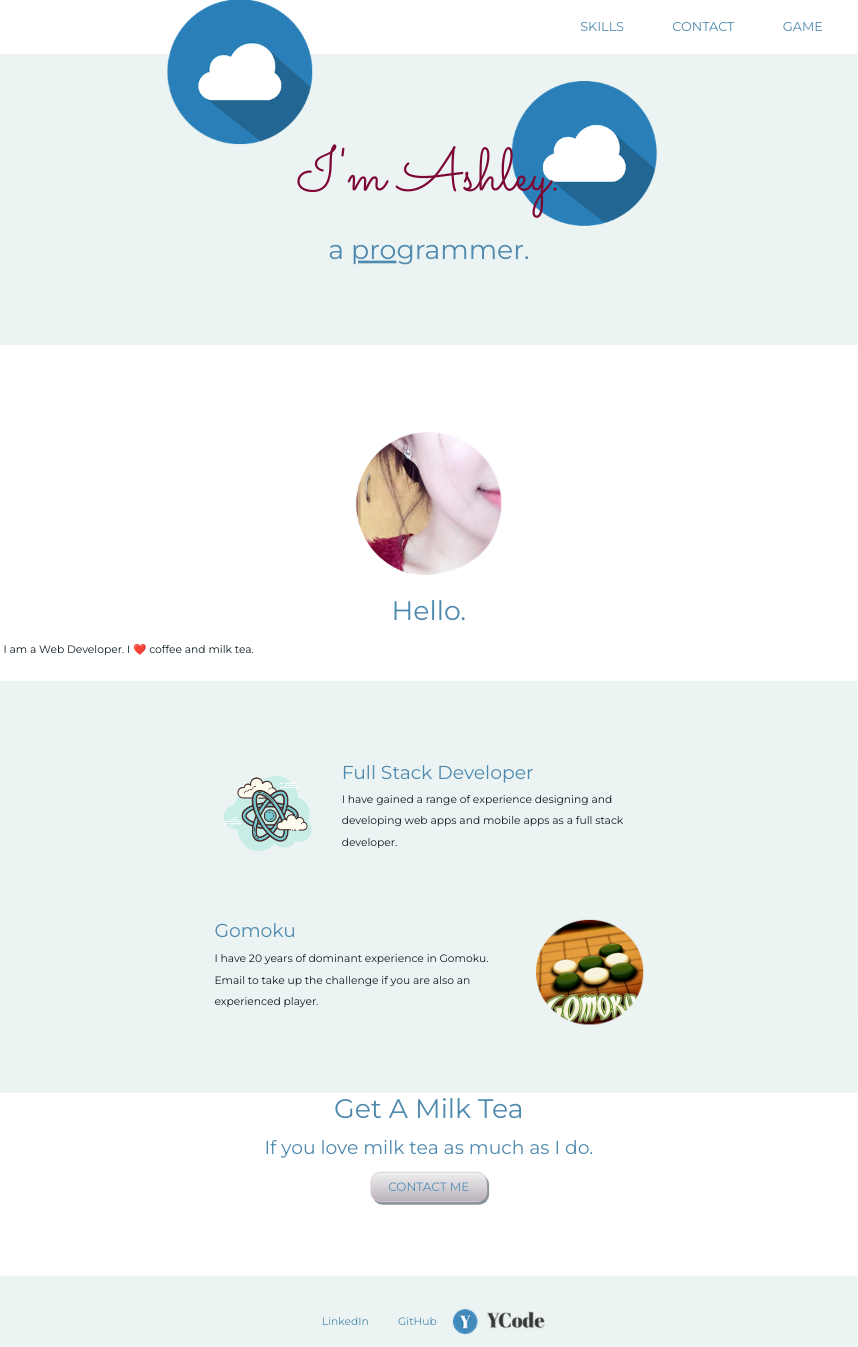
Repository: nosugarpls/YCode-my-website
Page: index.html
The author's editor kept a copy of each file at every save. The page is drawn from the files as they stood at one save, then again after the next save.
The browser window is 1280 px wide. The pictures show the whole page, at 67% of full size.

Above is the page before, as saved 2020-09-25 10:26:23.

### index.html
<!DOCTYPE html>
<html>
<head>
  <meta charset="utf-8">
  <title>Ashley(Yu) Shi</title>


  <!-- CSS Stylesheets -->
  <link rel="stylesheet" href="https://stackpath.bootstrapcdn.com/bootstrap/4.5.2/css/bootstrap.min.css" integrity="sha384-JcKb8q3iqJ61gNV9KGb8thSsNjpSL0n8PARn9HuZOnIxN0hoP+VmmDGMN5t9UJ0Z" crossorigin="anonymous">
  <link rel="stylesheet" href="css/styles.css">
  <link href="https://fonts.googleapis.com/css?family=Merriweather|Montserrat|Sacramento" rel="stylesheet">
  <link rel="icon" href="images/YLogo.png">


  <!-- Bootstrap Scripts -->
  <script src="https://code.jquery.com/jquery-3.5.1.slim.min.js" integrity="sha384-DfXdz2htPH0lsSSs5nCTpuj/zy4C+OGpamoFVy38MVBnE+IbbVYUew+OrCXaRkfj" crossorigin="anonymous"></script>
  <script src="https://cdn.jsdelivr.net/npm/popper.js@1.16.1/dist/umd/popper.min.js" integrity="sha384-9/reFTGAW83EW2RDu2S0VKaIzap3H66lZH81PoYlFhbGU+6BZp6G7niu735Sk7lN" crossorigin="anonymous"></script>
  <script src="https://stackpath.bootstrapcdn.com/bootstrap/4.5.2/js/bootstrap.min.js" integrity="sha384-B4gt1jrGC7Jh4AgTPSdUtOBvfO8shuf57BaghqFfPlYxofvL8/KUEfYiJOMMV+rV" crossorigin="anonymous"></script>
</head>

<body>

  <!-- Nav Bar -->
  <nav class="navbar navbar-expand-lg navbar-light">
    <button class="navbar-toggler" type="button" data-toggle="collapse" data-target="#navbarToggler">
        <span class="navbar-toggler-icon"></span>
    </button>

    <div class="collapse navbar-collapse" id="navbarToggler">
      <ul class="navbar-nav ml-auto">
        <li class="nav-item">
          <a class="nav-link" href="#skills">SKILLS</a>
        </li>
        <li class="nav-item">
          <a class="nav-link" href="#contact">CONTACT</a>
        </li>
        <li class="nav-item">
          <a class="nav-link" href="piano.html">GAME</a>
        </li>
      </ul>
    </div>
  </nav>


  <div class="top-container">
    <img class="top-cloud" src="images/cloud.png" alt="cloud">
    <div class="title-text">
      <h1 class="big-title">I'm Ashley.</h1>
      <h2>a <span class="pro">pro</span>grammer.</h2>
    </div>
    <img class="bottom-cloud" src="images/cloud.png" alt="cloud">
  </div>

  <div class="middle-container">
    <div class="profile">
      <img class="avatar" src="images/ashely.png" alt="ashley-profile-img">
      <h2>Hello.</h2>
      <p class="intro">I am a Web Developer. I ❤️ coffee and milk tea.</p>
    </div>

    <div class="skills" id="skills">
      <div class="skill-row">
        <img class="react-img" src="images/react.png" alt="react-img">
        <h3>Full Stack Developer</h3>
        <p>I have gained a range of experience designing and developing web apps and mobile apps as a full stack developer.</p>
      </div>
      <div class="skill-row">
        <img class="game-img" src="images/game.png" alt="game-img">
        <h3>Gomoku</h3>
        <p>I have 20 years of dominant experience in Gomoku. Email to take up the challenge if you are also an experienced player.</p>
      </div>

    </div>

    <div class="contact-me" id="contact">
      <h2>Get A Milk Tea</h2>
      <h3>If you love milk tea as much as I do.</h3>
      <a class="btn" href="mailto:coloraworld@gmail.com">CONTACT ME</a>
    </div>
  </div>


  <div class="bottom-container">
    <a href="https://www.linkedin.com/in/yu-ashley-shi-328239197/">LinkedIn</a>
    <a href="https://github.com/nosugarpls">GitHub</a>
    <img src="images/logo.png" alt="img">
  </div>
</body>
</html>

### css/styles.css
body {
  color: #40514E;
  margin: 0;
  text-align: center;
  font-family: 'Merriweather', serif;
}

h1 {
  color: #7d0633;
  font-size: 5.625rem;
  margin: 50px auto 0 auto;
  font-family: 'Sacramento', cursive;
  z-index: 1;
  position: relative;
}

h2 {
  color: #4e89ae;
  font-family: 'Montserrat', sans-serif;
  font-size: 2.5rem;
  font-weight: normal;
  padding-bottom: 10px;
}

h3 {
  color: #4e89ae;
  font-family: 'Montserrat', sans-serif;
}

p {
  line-height: 2;
  color: #0f1e27;
  font-family: 'Montserrat', sans-serif;
}

a {
  color: #4e89ae;
  font-family: 'Montserrat', sans-serif;
  margin: 10px 20px;
  text-decoration: none;
}

.big-title {
  margin-top: 30px;
  margin-bottom: 30px;
}

.avatar {
  margin-top: 30px;
  margin-bottom: 30px;
}

.skills {
  background-color: #ecf4f3;
  padding-top: 20px;
  padding-bottom: 20px;
}


.top-container {
  background-color: #ecf4f3;
  position: relative;
  padding-top: 100px;
  padding-bottom: 100px;
}


.middle-container {
  margin-top: 100px;
  margin-bottom: 100px;
}

.bottom-container {
  background-color: #ecf4f3;
  padding: 50px 0 20px;
}

.skill-row {
  width: 50%;
  margin: 100px auto 100px auto;
  text-align: left;
}

.pro {
  text-decoration: underline;
}

.intro {
  width: 30%;
  margin-top: auto;
  margin-bottom: 30px;
  color: #0f1e27;
  font-family: 'Montserrat', sans-serif;
}

.contact-message {
  width: 40%;
  margin: 40px auto 60px;
}

.top-cloud {
  position: absolute;
  right: 300px;
  top: 40px;
}

.bottom-cloud {
  position: absolute;
  left: 250px;
  bottom: 300px;
}

.react-img {
  width: 25%;
  float: left;
  margin-right: 30px;
}

.game-img {
  width: 25%;
  float: right;
  margin-left: 30px;
}

.btn {
	box-shadow: 3px 4px 0px 0px #899599;
	background:linear-gradient(to bottom, #ededed 5%, #bab1ba 100%);
	background-color:#ededed;
	border-radius:15px;
	border:1px solid #d6bcd6;
	display:inline-block;
	cursor:pointer;
	color:#4e89ae;
  font-family: 'Montserrat', sans-serif;
	font-size:18px;
	padding:8px 25px;
	text-decoration:none;
	text-shadow:0px 1px 0px #e1e2ed;
}

.btn:hover {
	background:linear-gradient(to bottom, #bab1ba 5%, #ededed 100%);
	background-color:#bab1ba;
}

.btn:active {
	position:relative;
	top:1px;
}

/* Navigation Bar */

.nav-item {
  padding: 0 8px;
}

.nav-link {
  font-size: 1.2rem;
  font-family: 'Montserrat', sans-serif;
  color: #4e89ae !important;
  z-index: 2;
  position:relative;
}

After the next save:
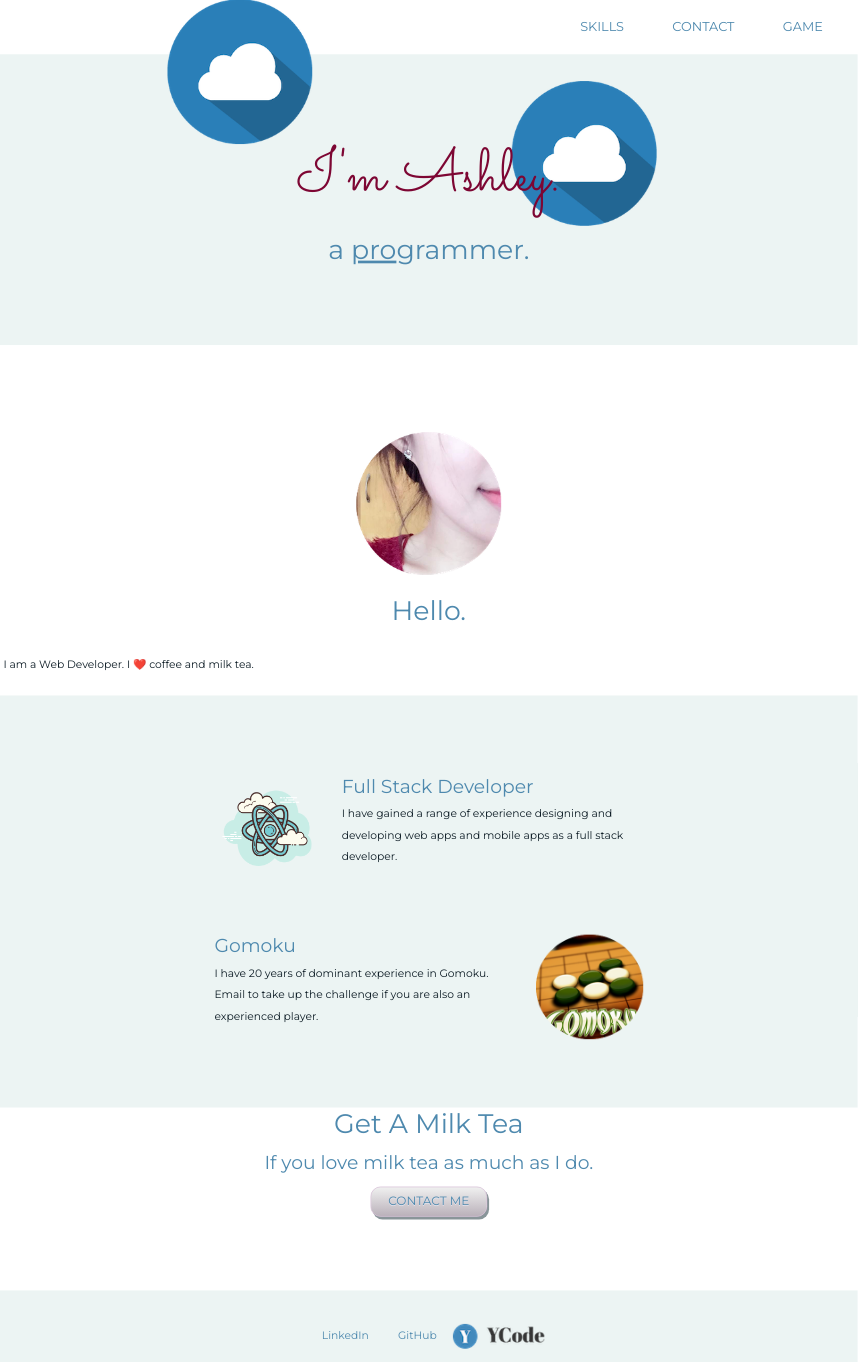
Saved 5 s later.
--- a/css/styles.css
+++ b/css/styles.css
@@ -87,7 +87,7 @@ a {
 
 .intro {
   width: 30%;
-  margin-top: auto;
+  margin-top: 30px;
   margin-bottom: 30px;
   color: #0f1e27;
   font-family: 'Montserrat', sans-serif;
